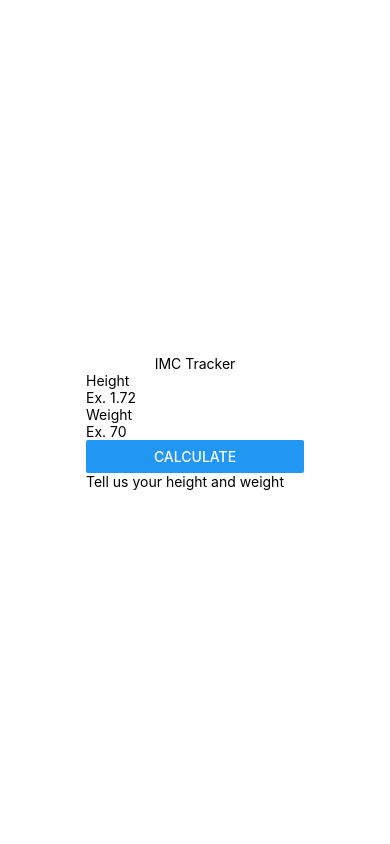
Repository: rubenmatias08/IMCTracker
Screen: /
An editor plug-in stored every save of this project. The screen is shown before and after the next save, followed by the edit.
The app was drawn by React Native's web renderer in a window 390 px wide. The project was rebuilt for these pictures with package versions that can differ from the ones it lists, and the page was loaded fresh each time.

Above is the screen before, as saved 2024-03-10 16:09:24.

### App.js
import { StyleSheet, View } from 'react-native';
import Title from './src/components/Title';
import Form from './src/components/Form/index'

export default function App() {
  return (
    <View style={styles.container}>
      <Title/>
      <Form />
    </View>
  );
}

const styles = StyleSheet.create({
  container: {
    flex: 1,
    backgroundColor: 'Red',
    alignItems: 'center',
    justifyContent: 'center',
  },
});

### src/components/Title/index.js
import React from "react";
import { View,Text } from "react-native"; //Componentes

export default function Title(){
    return(
        <View>
            <Text>IMC Tracker</Text>
        </View>
    )
}

### src/components/Form/index.js
import React , {useState} from "react";
import { TextInput, View, Text, Button } from "react-native";
import ResultIMC from "./ResultIMC";


export default function Form(){

    const [height, setHeight] = useState(null); // Altura
    const [weight, setWeight] = useState(null); // Peso
    const [messageIMC, setmessageIMC] = useState("Tell us your height and weight"); // Mensagem que contem o resultado
    const [imc,setIMC] = useState(null); // valor do IMC
    const [textButton, setTextButton] = useState("Calculate"); //

    //Calcular o imc é altura x altura a dividir por peso
    //E vamos querer que nos retorne o resultado (toFixed) que é para vir com 2 casas decimais apenas.
    function CalculatorIMC(){
        return setIMC((weight / (height * height)).toFixed(2))
    }

    //Caso os valores tiverem sido preenchidos ele valida, caso contrário temos de avisar o usuário para preencher os dados de altura e peso.
    //Aqui com a condição é: Caso os valores de height e weight sejam diferentes de null, ou seja, estão preenchidos... Chama a função CalculatorIMC() que fará o calculo que depois nos dá o resultado.
    function ValidationIMC(){
        if(height != null && weight != null){
            CalculatorIMC() //Função do calculo
            setHeight(null) //Reset de height para que se faça depois um novo calculo
            setWeight(null) //Reset de weight para que se faça depois um novo calculo
            setmessageIMC("Your IMC is:") //Mensagem para apresentar o resultado
            setTextButton("Calculate again") //Botão com mensagem
            return //Depois de tudo isto... Retorna-nos.
        }
        setIMC(null) //caso o peso e altura sejam nulos, colocamos o imc como nulo também para que não haja resposta de possiveis calculos anteriores
        setTextButton("Calculate") //Para voltar a apresentar o texto original
        setmessageIMC("Tell us your height and weight") //Para voltar a apresentar o texto original

    }


    return(
        <View>
            <View>
                <Text>Height</Text>
                <TextInput
                onChangeText={setHeight}
                value={height}
                placeholder="Ex. 1.72"
                keyboardType="numeric"
                />

                <Text>Weight</Text>
                <TextInput
                onChangeText={setWeight}
                value={weight}
                placeholder="Ex. 70"
                keyboardType="numeric"
                />

                <Button
                onPress={() => ValidationIMC()}
                title={textButton}/>

            </View>
            <ResultIMC messageResultImc={messageIMC} resultImc={imc}/>
        </View>
    )
}

//O keyboardType indica qual o tipo de teclado que ele vai abrir
//No <ResultIMC> leva duas props com propriedades dinamicas.

### src/components/Form/ResultIMC/index.js
import React from "react";
import { View , Text } from "react-native";

export default function ResultIMC(props){
    return(
        <View>
            <Text>{props.messageResultImc}</Text>
            <Text>{props.resultImc}</Text>
        </View>
    )
}

//Neste componente vai ser mostrado o resultado do valor de IMC e uma mensagem com o valor desse IMC.

After the next save:
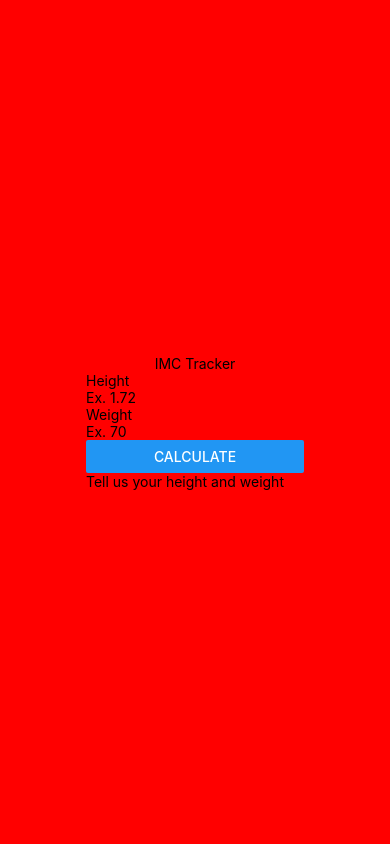
Saved 5 s later.
--- a/App.js
+++ b/App.js
@@ -14,7 +14,7 @@
 const styles = StyleSheet.create({
   container: {
     flex: 1,
-    backgroundColor: 'Red',
+    backgroundColor: 'red',
     alignItems: 'center',
     justifyContent: 'center',
   },

After the save that followed:
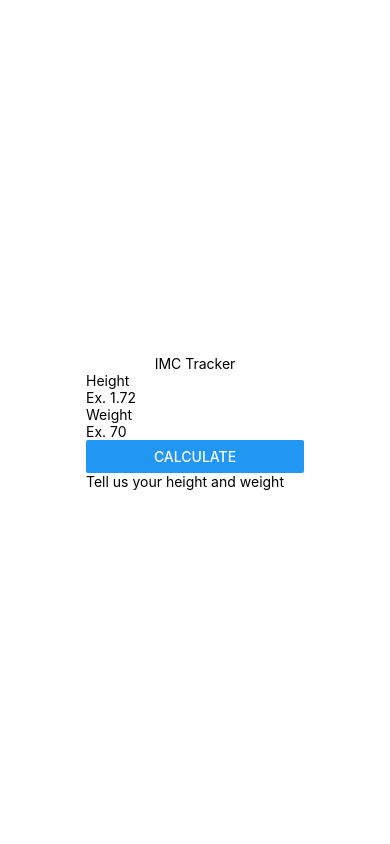
Saved 6 s later.
--- a/App.js
+++ b/App.js
@@ -14,7 +14,7 @@
 const styles = StyleSheet.create({
   container: {
     flex: 1,
-    backgroundColor: 'red',
+    backgroundColor: 'f8f8ff',
     alignItems: 'center',
     justifyContent: 'center',
   },
